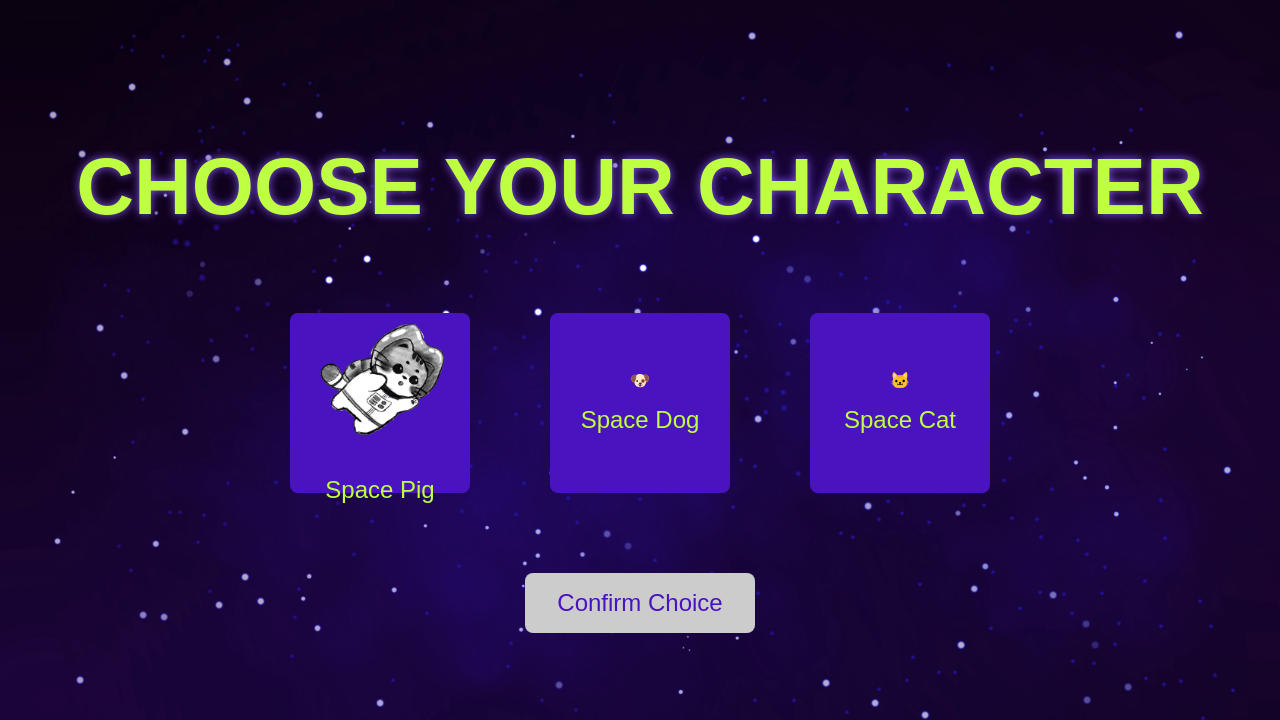
Repository: brunaguarizo/SpaceFarm
Page: index.html
These files come from the project's save history. The page is drawn as it stood at one moment and after the next save; the edit follows.
The browser window is 1280 px wide. The pictures show the whole page.
Some web fonts or font styles are not loaded; a fallback is used.

Above is the page before, as saved 2025-04-24 11:35:12.

### index.html
<!DOCTYPE html>
<html lang="en">
    <head>
        <meta charset="UTF-8" />
        <meta
            name="viewport"
            content="width=device-width, initial-scale=1.0" />
        <title>Space Animals Game</title>
        <link
            rel="stylesheet"
            href="styles.css" />

        <link
            rel="preconnect"
            href="https://fonts.googleapis.com" />
        <link
            rel="preconnect"
            href="https://fonts.gstatic.com"
            crossorigin />
        <link
            href="https://fonts.googleapis.com/css2?family=Ranchers&display=swap"
            rel="stylesheet" />
    </head>
    <body>
        <div id="game-container">
            <!-- Character Selection Screen -->
            <div id="character-select">
                <h1>CHOOSE YOUR CHARACTER</h1>
                <div class="character-options">
                    <div
                        class="character-option"
                        data-character="pig">
                        <div class="character-img"><img class="character-img" src="img/cat.png" alt=""></img></div>
                        <div class="character-label">Space Pig</div>
                    </div>
                    <div
                        class="character-option"
                        data-character="dog">
                        <div class="character-icon">🐶</div>
                        <div class="character-label">Space Dog</div>
                    </div>
                    <div
                        class="character-option"
                        data-character="cat">
                        <div class="character-icon">🐱</div>
                        <div class="character-label">Space Cat</div>
                    </div>
                </div>
                <button
                    id="confirm-btn"
                    disabled>
                    Confirm Choice
                </button>
            </div>

            <!-- Game Screen -->
            <div id="game-screen">
                <div id="player"></div>
                <div id="score-container">
                    <div id="score">Score: 0</div>
                    <button id="pause-btn">Pause</button>
                </div>
            </div>

            <!-- Pause Screen -->
            <div id="pause-screen">
                <h2>Game Paused</h2>
                <button id="resume-btn">Resume</button>
            </div>

            <!-- Game Over Screen -->
            <div id="game-over">
                <h2>Game Over</h2>
                <div id="final-score">Score: 0</div>
                <button id="restart-btn">Play Again</button>
            </div>
        </div>

        <script src="script.js"></script>
    </body>
</html>

### styles.css
body {
    margin: 0;
    padding: 0;
    overflow: hidden;
    font-family: var(--font-family);
    background-color: var(--mid-green);
}

#game-container {
    position: relative;
    width: 100vw;
    height: 100vh;
    background-image: url("img/space-bg.jpg");
    background-size: cover;
    overflow: hidden;
}

/* Character Selection Screen */
#character-select {
    position: absolute;
    width: 100%;
    height: 100%;
    display: flex;
    flex-direction: column;
    justify-content: center;
    align-items: center;
    z-index: 10;
}

#character-select h1 {
    color: var(--light-green);
    font-size: var(--header);
    margin-bottom: var(--space-extra-large);
    text-shadow: 0 0 10px var(--mid-purple);
}

.character-options {
    display: flex;
    gap: var(--space-extra-large);
    margin-bottom: var(--space-extra-large);
}

.character-option {
    width: var(--space-huge);
    height: var(--space-huge);
    background-color: var(--dark-purple);
    border-radius: var(--space-small);
    display: flex;
    flex-direction: column;
    align-items: center;
    justify-content: center;
    cursor: pointer;
    transition: transform 0.3s, box-shadow 0.3s;
    padding: var(--space-small);
    border: 2px solid transparent;
}

.character-option:hover {
    transform: scale(1.05);
    box-shadow: 0 0 15px var(--light-purple);
}

.character-option.selected {
    border-color: var(--light-green);
    box-shadow: 0 0 20px var(--light-green);
}

.character-img {
    width: 120%;
    height: auto;
    display: flex;
    justify-content: center;
    align-items: center;
}

.character-label {
    color: var(--light-green);
    font-size: var(--text);
    margin-top: var(--space-regular);
}

#confirm-btn {
    padding: var(--space-regular) var(--space-medium);
    background-color: var(--light-green);
    color: var(--dark-purple);
    border: none;
    border-radius: var(--space-small);
    font-size: var(--text);
    font-family: var(--font-family);
    cursor: pointer;
    transition: background-color 0.3s;
}

#confirm-btn:hover {
    background-color: var(--mid-green);
}

#confirm-btn:disabled {
    background-color: #cccccc;
    cursor: not-allowed;
}

/* Game Screen */
#game-screen {
    display: none;
    position: absolute;
    width: 100%;
    height: 100%;
}

#player {
    position: absolute;
    width: var(--space-large);
    height: var(--space-large);
    left: var(--space-extra-large);
    top: 50%;
    transform: translateY(-50%);
    line-height: 1;
    z-index: 5;
}

.asteroid {
    position: absolute;
    font-size: 30px;
    color: #aaa;
}

#score-container {
    position: absolute;
    top: 20px;
    right: 20px;
    display: flex;
    align-items: center;
    gap: 20px;
    z-index: 5;
}

#score {
    color: white;
    font-size: 24px;
    font-weight: bold;
    background-color: rgba(0, 0, 0, 0.5);
    padding: 10px 20px;
    border-radius: 10px;
}

#pause-btn {
    background-color: rgba(0, 0, 0, 0.5);
    color: white;
    border: none;
    border-radius: 5px;
    font-size: 18px;
    padding: 10px 15px;
    cursor: pointer;
    transition: background-color 0.3s;
}

#pause-btn:hover {
    background-color: rgba(0, 0, 0, 0.7);
}

/* Game Over Screen */
#game-over {
    display: none;
    position: absolute;
    top: 0;
    left: 0;
    width: 100%;
    height: 100%;
    background-color: rgba(0, 0, 0, 0.8);
    z-index: 15;
    flex-direction: column;
    justify-content: center;
    align-items: center;
}

#game-over h2 {
    color: #ff3333;
    font-size: 3.5rem;
    margin-bottom: 1rem;
    text-shadow: 0 0 10px rgba(255, 0, 0, 0.5);
}

#final-score {
    color: white;
    font-size: 2rem;
    margin-bottom: 2rem;
}

#restart-btn {
    padding: 12px 30px;
    background-color: #3366ff;
    color: white;
    border: none;
    border-radius: 5px;
    font-size: 1.2rem;
    cursor: pointer;
    transition: background-color 0.3s;
}

#restart-btn:hover {
    background-color: #2952cc;
}

/* Utility Classes */
.invisible {
    opacity: 0;
}

/* Pause Screen */
#pause-screen {
    display: none;
    position: absolute;
    top: 0;
    left: 0;
    width: 100%;
    height: 100%;
    background-color: rgba(0, 0, 0, 0.7);
    z-index: 12;
    flex-direction: column;
    justify-content: center;
    align-items: center;
    color: white;
}

#pause-screen h2 {
    font-size: 3rem;
    margin-bottom: 2rem;
}

#resume-btn {
    padding: 12px 30px;
    background-color: #4caf50;
    color: white;
    border: none;
    border-radius: 5px;
    font-size: 1.2rem;
    cursor: pointer;
    transition: background-color 0.3s;
}

#resume-btn:hover {
    background-color: #45a049;
}

/* --------------------------- variables  --------------------------- */
:root {
    --font-family: "Ranchers", sans-serif;
    --header: 80px;
    --text: 24px;

    --light-green: #bfff41;
    --mid-green: #a3de1a;
    --dark-green: #46b800;
    --light-pink: #ffc2ec;
    --mid-pink: #f0429c;
    --dark-pink: #910b64;
    --light-purple: #dcccff;
    --mid-purple: #8655ef;
    --dark-purple: #4913bf;

    --space-extra-small: 4px;
    --space-small: 8px;
    --space-regular: 16px;
    --space-medium: 32px;
    --space-large: 48px;
    --space-extra-large: 80px;
    --space-huge: 160px;
}

### script.js
// Game variables
let selectedCharacter = "";
let score = 0;
let playerElement;
let gameRunning = false;
let isPaused = false;
let playerY;
let asteroids = [];
let gameLoopInterval;
let asteroidInterval;
let gameHeight;
let gameWidth;

// Character emoji mapping
const characterEmojis = {
    pig: "🐷",
    dog: "🐶",
    cat: "🐱",
};

// Asteroid options
const asteroidOptions = ["🌑", "☄️", "🪨", "💫"];

// DOM elements
const characterOptions = document.querySelectorAll(".character-option");
const confirmBtn = document.getElementById("confirm-btn");
const characterSelectScreen = document.getElementById("character-select");
const gameScreen = document.getElementById("game-screen");
const pauseBtn = document.getElementById("pause-btn");
const pauseScreen = document.getElementById("pause-screen");
const resumeBtn = document.getElementById("resume-btn");
const gameOverScreen = document.getElementById("game-over");
const finalScoreDisplay = document.getElementById("final-score");
const restartBtn = document.getElementById("restart-btn");
const scoreDisplay = document.getElementById("score");

// Initialize the game
function init() {
    // Character selection event listeners
    characterOptions.forEach((option) => {
        option.addEventListener("click", () => {
            // Remove selected class from all options
            characterOptions.forEach((opt) => opt.classList.remove("selected"));
            // Add selected class to clicked option
            option.classList.add("selected");
            // Store selected character
            selectedCharacter = option.dataset.character;
            // Enable confirm button
            confirmBtn.disabled = false;
        });
    });

    // Confirm button event listener
    confirmBtn.addEventListener("click", startGame);

    // Pause button event listener
    pauseBtn.addEventListener("click", togglePause);

    // Resume button event listener
    resumeBtn.addEventListener("click", togglePause);

    // Restart button event listener
    restartBtn.addEventListener("click", restartGame);

    // Keyboard event listeners
    document.addEventListener("keydown", handleKeyPress);
}

// Start the game
function startGame() {
    // Hide character selection screen
    characterSelectScreen.style.display = "none";
    // Show game screen
    gameScreen.style.display = "block";

    // Set up player
    playerElement = document.getElementById("player");
    playerElement.innerHTML = characterEmojis[selectedCharacter];

    // Initialize variables
    gameHeight = window.innerHeight;
    gameWidth = window.innerWidth;
    score = 0;
    updateScore();
    playerY = gameHeight / 2;
    gameRunning = true;
    isPaused = false;
    asteroids = [];

    // Position player
    updatePlayerPosition();

    // Start game loop
    gameLoopInterval = setInterval(gameLoop, 16); // ~60fps

    // Start spawning asteroids
    spawnAsteroid(); // Spawn first asteroid immediately
    asteroidInterval = setInterval(spawnAsteroid, 1500); // Then every 1.5 seconds
}

// Game loop
function gameLoop() {
    if (!gameRunning || isPaused) return;

    // Move asteroids
    moveAsteroids();

    // Check collisions
    checkCollisions();
}

// Handle keyboard input
function handleKeyPress(e) {
    if (!gameRunning || isPaused) return;

    const moveDistance = 20;

    if (e.key === "ArrowUp" || e.key === "w") {
        // Move up
        playerY = Math.max(50, playerY - moveDistance);
        updatePlayerPosition();
    } else if (e.key === "ArrowDown" || e.key === "s") {
        // Move down
        playerY = Math.min(gameHeight - 50, playerY + moveDistance);
        updatePlayerPosition();
    }
}

// Update player position on screen
function updatePlayerPosition() {
    playerElement.style.top = `${playerY}px`;
}

// Spawn a new asteroid
function spawnAsteroid() {
    if (!gameRunning || isPaused) return;

    // Create asteroid element
    const asteroid = document.createElement("div");
    asteroid.classList.add("asteroid");

    // Set random asteroid type
    const asteroidType =
        asteroidOptions[Math.floor(Math.random() * asteroidOptions.length)];
    asteroid.innerHTML = asteroidType;

    // Set random position (y-axis)
    const asteroidY = Math.random() * (gameHeight - 100) + 50;

    // Set asteroid properties
    asteroid.style.left = `${gameWidth}px`;
    asteroid.style.top = `${asteroidY}px`;

    // Add to game screen
    gameScreen.appendChild(asteroid);

    // Add to asteroids array
    asteroids.push({
        element: asteroid,
        x: gameWidth,
        y: asteroidY,
        speed: Math.random() * 3 + 5, // Random speed between 5-8
        passed: false,
    });
}

// Move all asteroids
function moveAsteroids() {
    for (let i = asteroids.length - 1; i >= 0; i--) {
        const asteroid = asteroids[i];

        // Move asteroid
        asteroid.x -= asteroid.speed;
        asteroid.element.style.left = `${asteroid.x}px`;

        // Check if asteroid passed the player
        if (!asteroid.passed && asteroid.x < 100) {
            asteroid.passed = true;
            score += 10;
            updateScore();
        }

        // Remove asteroid if it's off-screen
        if (asteroid.x < -50) {
            gameScreen.removeChild(asteroid.element);
            asteroids.splice(i, 1);
        }
    }
}

// Check for collisions
function checkCollisions() {
    const playerRect = {
        x: 100,
        y: playerY - 30,
        width: 60,
        height: 60,
    };

    for (const asteroid of asteroids) {
        const asteroidRect = {
            x: asteroid.x,
            y: asteroid.y - 15,
            width: 30,
            height: 30,
        };

        // Check if player and asteroid rectangles intersect
        if (
            playerRect.x < asteroidRect.x + asteroidRect.width &&
            playerRect.x + playerRect.width > asteroidRect.x &&
            playerRect.y < asteroidRect.y + asteroidRect.height &&
            playerRect.y + playerRect.height > asteroidRect.y
        ) {
            // Collision detected
            gameOver();
            return;
        }
    }
}

// Update score display
function updateScore() {
    scoreDisplay.textContent = `Score: ${score}`;
}

// Toggle pause state
function togglePause() {
    isPaused = !isPaused;

    if (isPaused) {
        pauseScreen.style.display = "flex";
    } else {
        pauseScreen.style.display = "none";
    }
}

// Game over
function gameOver() {
    gameRunning = false;

    // Clear intervals
    clearInterval(gameLoopInterval);
    clearInterval(asteroidInterval);

    // Update final score
    finalScoreDisplay.textContent = `Score: ${score}`;

    // Show game over screen
    gameOverScreen.style.display = "flex";
}

// Restart game
function restartGame() {
    // Clear asteroids
    asteroids.forEach((asteroid) => {
        if (asteroid.element.parentNode) {
            asteroid.element.parentNode.removeChild(asteroid.element);
        }
    });

    // Hide game over screen
    gameOverScreen.style.display = "none";

    // Go back to character selection
    gameScreen.style.display = "none";
    characterSelectScreen.style.display = "flex";

    // Reset character selection
    characterOptions.forEach((opt) => opt.classList.remove("selected"));
    confirmBtn.disabled = true;
    selectedCharacter = "";
}

// Initialize the game when the page loads
window.addEventListener("load", init);

After the next save:
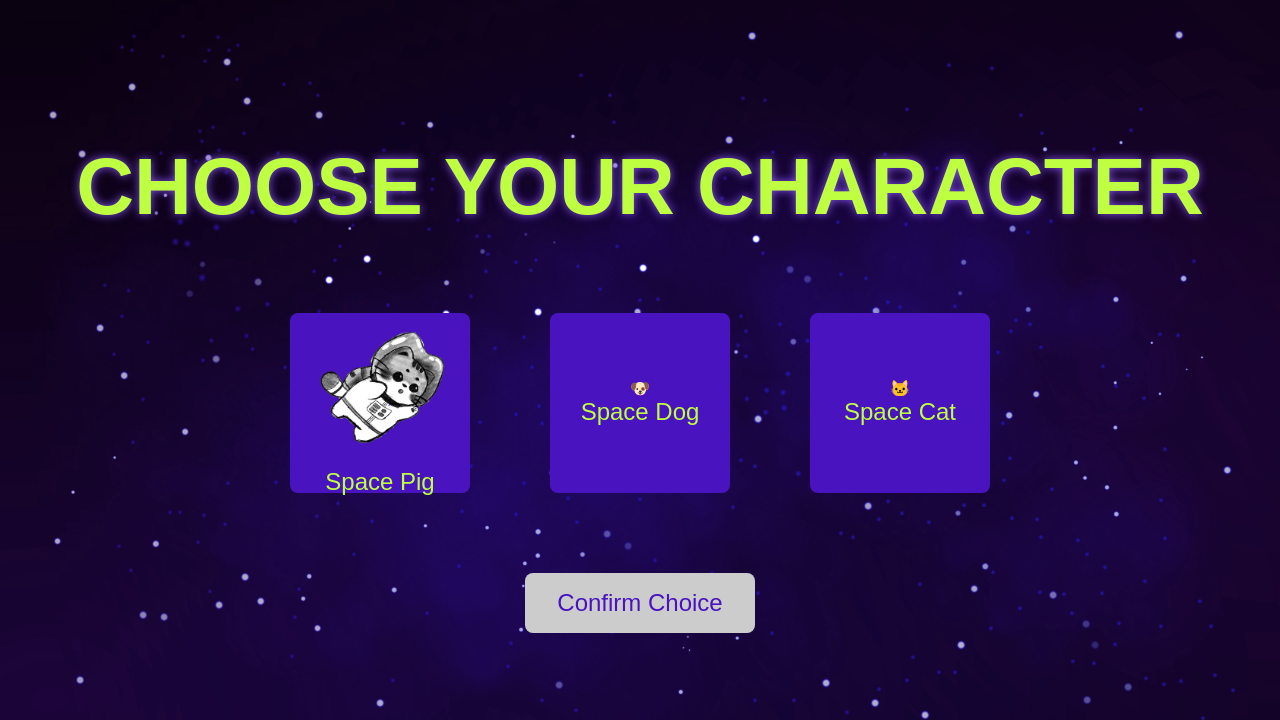
Saved 8 s later.
--- a/styles.css
+++ b/styles.css
@@ -76,7 +76,6 @@ body {
 .character-label {
     color: var(--light-green);
     font-size: var(--text);
-    margin-top: var(--space-regular);
 }
 
 #confirm-btn {
